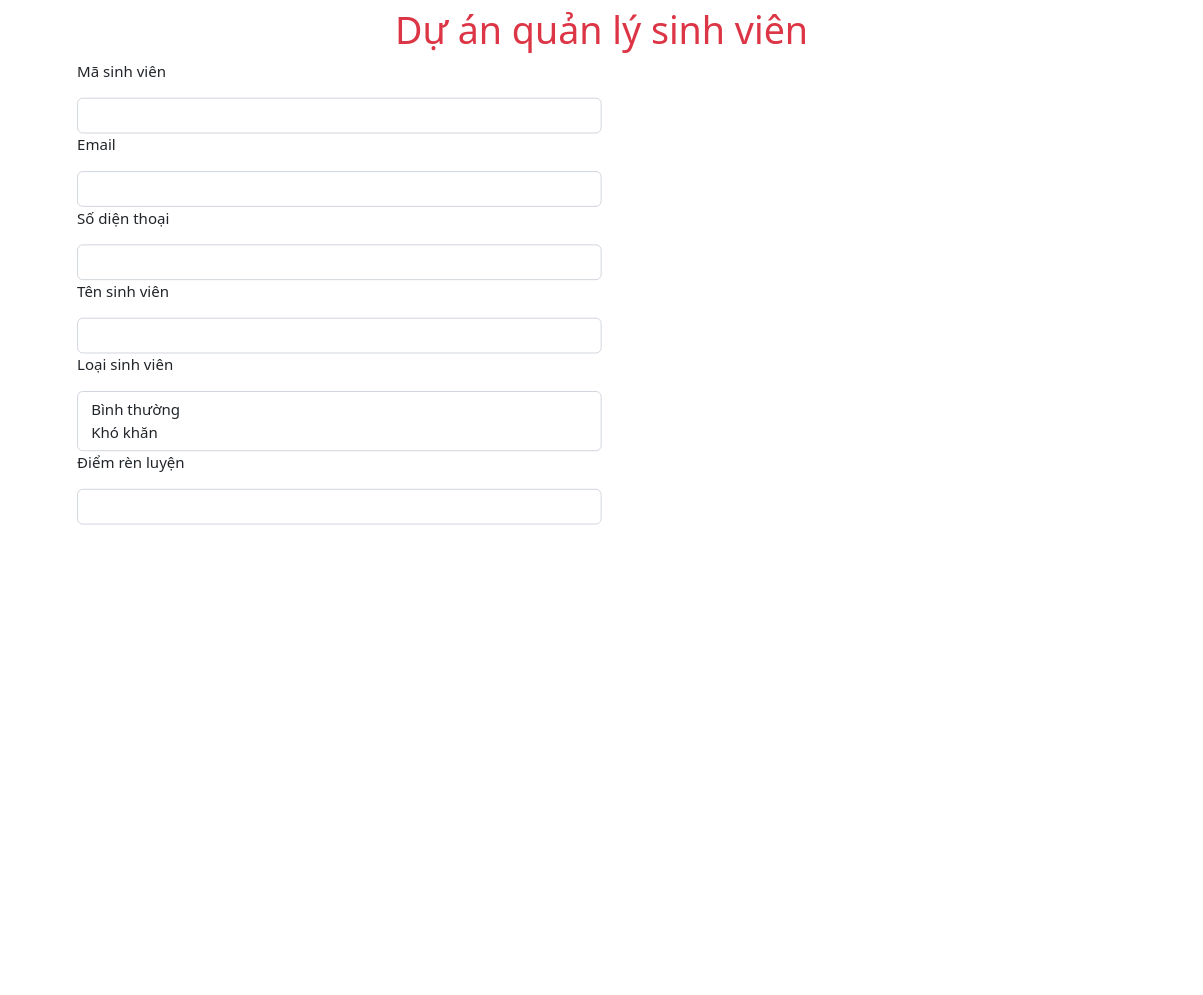
Repository: hcozyph/Cybersoft_JS_OOP
Page: index.html
An editor plug-in stored every save of this project. The page is shown before and after the next save, followed by the edit.
The browser window is 1280 px wide. The pictures show the whole page, at 94% of full size.

Above is the page before, as saved 2023-02-26 09:22:06.

### index.html
<!DOCTYPE html>
<html lang="en">
    <head>
        <title>Quản lý sinh viên</title>
        <!-- Required meta tags -->
        <meta charset="utf-8" />
        <meta
            name="viewport"
            content="width=device-width, initial-scale=1, shrink-to-fit=no"
        />

        <!-- Bootstrap CSS v5.2.1 -->
        <link
            href="https://cdn.jsdelivr.net/npm/bootstrap@5.2.1/dist/css/bootstrap.min.css"
            rel="stylesheet"
            integrity="sha384-iYQeCzEYFbKjA/T2uDLTpkwGzCiq6soy8tYaI1GyVh/UjpbCx/TYkiZhlZB6+fzT"
            crossorigin="anonymous"
        />

        <!-- index.css -->
        <link rel="stylesheet" href="./assets/styles/index.css" />
    </head>

    <body>
        <div class="container" style="margin-bottom: 500px">
            <div class="title">
                <h3 class="text-center fs-1 text-danger my-2">
                    Dự án quản lý sinh viên
                </h3>
            </div>

            <div class="content">
                <div class="row"></div>
                <div class="col-md-6">
                    <div class="form-group">
                        <p>Mã sinh viên</p>
                        <input class="form-control" id="maSinhVien"></input>
                    </div>

                    <div class="form-group">
                        <p>Email</p>
                        <input class="form-control" id="email"></input>
                    </div>

                    <div class="form-group">
                        <p>Số diện thoại</p>
                        <input class="form-control" id="soDienThoai"></input>
                    </div>
                </div>

                <div class="col-md-6">
                    <div class="form-group">
                        <p>Tên sinh viên</p>
                        <input class="form-control" id="tenSinhVien"></input>
                    </div>

                    <div class="form-group">
                        <p>Loại sinh viên</p>
                        <section class="form-control" id="loaiSinhVien">
                            <option value="">Bình thường</option>
                            <option value="">Khó khăn</option>
                        </section>
                    </div>

                    <div class="form-group">
                        <p>Điểm rèn luyện</p>
                        <input type="number" class="form-control" id="diemRenLuyen">
                    </div>
                </div>
            </div>
        </div>

        <!-- Bootstrap JavaScript Libraries -->
        <script
            src="https://cdn.jsdelivr.net/npm/@popperjs/core@2.11.6/dist/umd/popper.min.js"
            integrity="sha384-oBqDVmMz9ATKxIep9tiCxS/Z9fNfEXiDAYTujMAeBAsjFuCZSmKbSSUnQlmh/jp3"
            crossorigin="anonymous"
        ></script>

        <script
            src="https://cdn.jsdelivr.net/npm/bootstrap@5.2.1/dist/js/bootstrap.min.js"
            integrity="sha384-7VPbUDkoPSGFnVtYi0QogXtr74QeVeeIs99Qfg5YCF+TidwNdjvaKZX19NZ/e6oz"
            crossorigin="anonymous"
        ></script>

        <!-- index.js -->
        <script src="./controllers/js/index.js"></script>
    </body>
</html>

### controllers/js/index.js
////----MÔ HÌNH MVC
/*
    M [model]       -- nơi chứa các file js là prototype (class)
    V [view]        -- nơi chứa các file giao diện (.html)
    C [controller]  -- các file điều hướng giao diện (index.html => index.js, qlsp.html => qlsp.js)

    ---------------------------------------------------

    util    -- chứa các file dùng chung cho dự án (ví dụ: các method sử dụng ở các dự án trước, hoặc libs [thư viện js] )
    assets  -- là folder chứa tài nguyên của hệ thống (img, audio, viddeo, css, font,...)

    */

Loaded but not shown: assets/styles/index.css (no stored copy; drawn as an empty file)

After the next save:
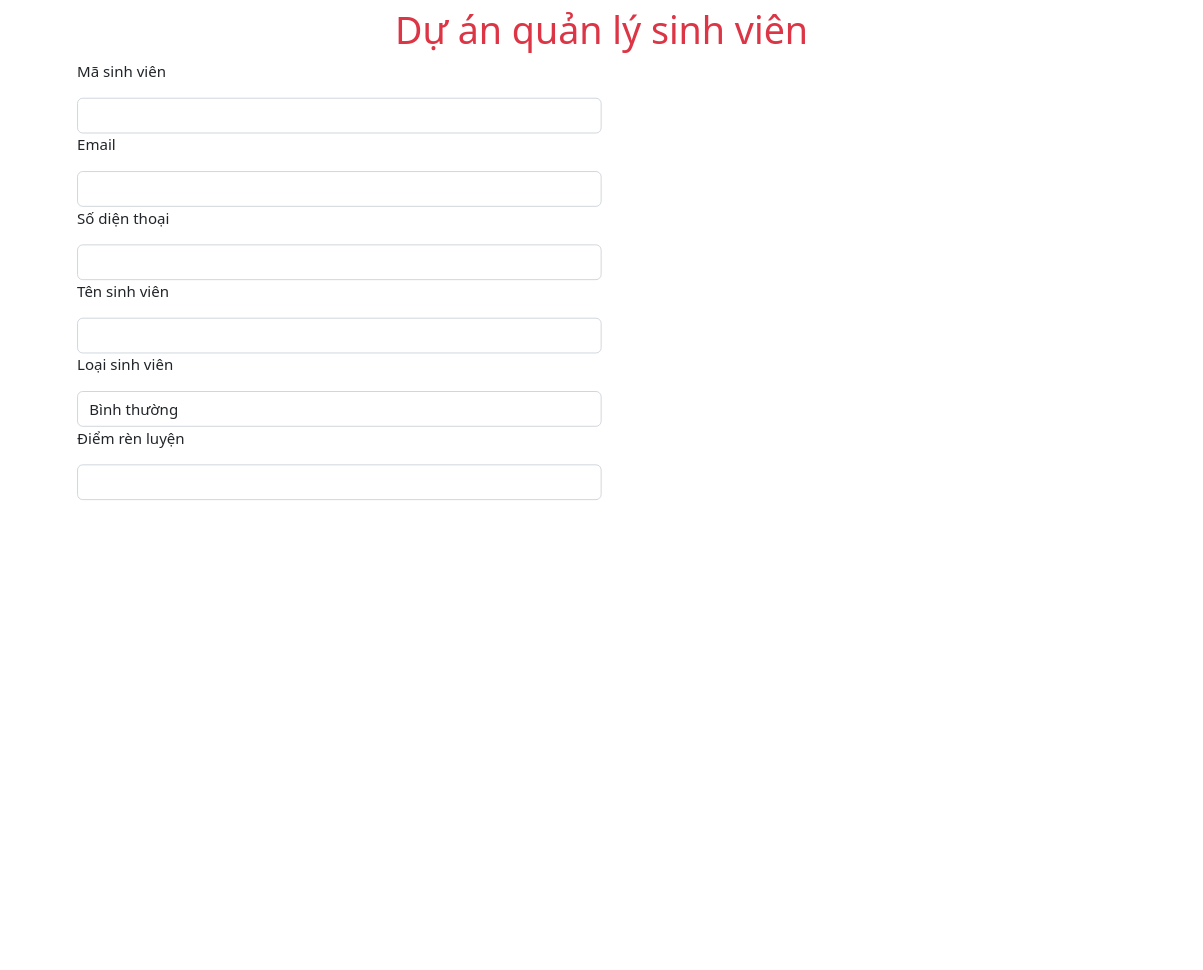
Saved 4 s later.
--- a/index.html
+++ b/index.html
@@ -56,10 +56,10 @@
 
                     <div class="form-group">
                         <p>Loại sinh viên</p>
-                        <section class="form-control" id="loaiSinhVien">
+                        <select class="form-control" id="loaiSinhVien">
                             <option value="">Bình thường</option>
                             <option value="">Khó khăn</option>
-                        </section>
+                        </select>
                     </div>
 
                     <div class="form-group">
